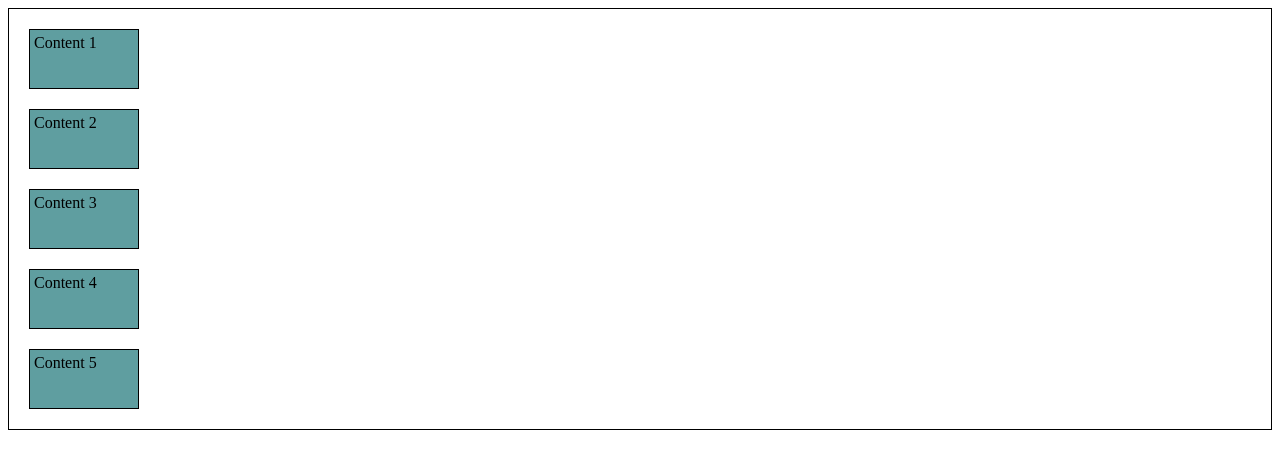
Repository: sammkrt/saltPrecourse
Page: css-trainingGround/cssMarginAndPadding.html
These files come from the project's save history. The page is drawn as it stood at one moment and after the next save; the edit follows.
The browser window is 1280 px wide. The pictures show the whole page.

Above is the page before, as saved 2022-12-22 10:37:47.

After the next save:
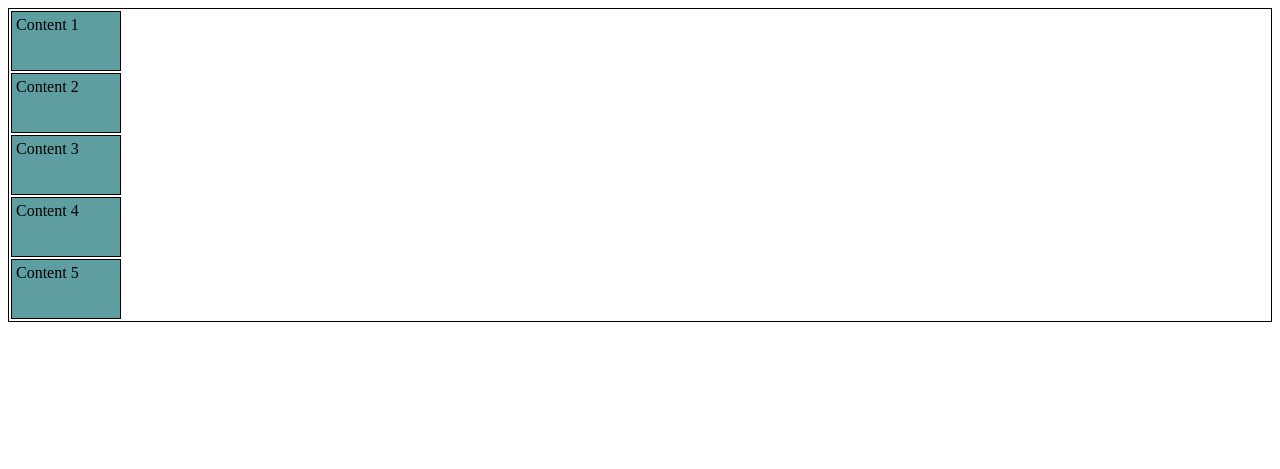
Saved 11 s later.
--- a/css-trainingGround/cssMarginAndPadding.html
+++ b/css-trainingGround/cssMarginAndPadding.html
@@ -12,7 +12,7 @@
             width: 100px;
             height: 50px;
             border: 1px solid black;
-            margin: 20px;
+            margin: 2px;
             padding: 4px;
         }
 
